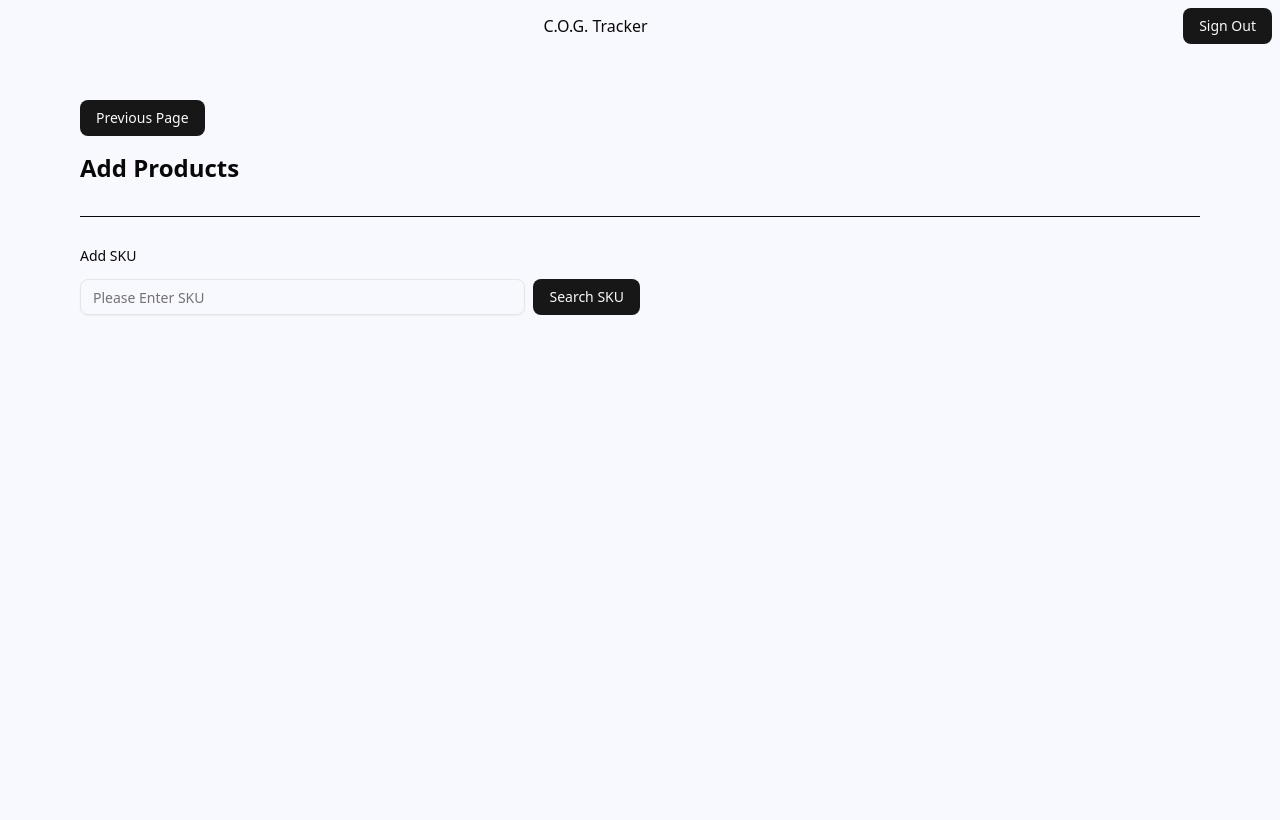
Repository: Renzo-Salosagcol/cog_tracker
Page: /dashboard/add-tracker/add-products
An editor plug-in stored every save of this project. The page is shown before and after the next save, followed by the edit.
The browser window is 1280 px wide. The pictures show the whole page.
The page's requests for data from a server got no answer. The project was rebuilt for these pictures with package versions that can differ from the ones it lists, and the page was loaded fresh each time. The framework's server and built-in components were replaced by stand-ins that run in the browser. No one was signed in, and anything a server would have sent is missing. Also part of the build but not shown: next.config.ts.

Above is the page before, as saved 2026-01-14 20:56:43.

### app/layout.tsx
import type { Metadata } from "next";
import { Geist, Geist_Mono } from "next/font/google";
import "./globals.css";

const geistSans = Geist({
  variable: "--font-geist-sans",
  subsets: ["latin"],
});

const geistMono = Geist_Mono({
  variable: "--font-geist-mono",
  subsets: ["latin"],
});

export const metadata: Metadata = {
  title: "COG Tracker",
  description: "COG tracker created to track client owned goods in a centralized and easily accessible way",
};

export default function RootLayout({
  children,
}: Readonly<{
  children: React.ReactNode;
}>) {
  return (
    <html lang="en">
      <body
        className={`${geistSans.variable} ${geistMono.variable} antialiased`}
      >
        {children}
      </body>
    </html>
  );
}

### app/dashboard/add-tracker/add-products/page.tsx
"use client";

import { Navbar } from "@/components/navbar";
import { Button } from "@/components/ui/button";
import { Label } from "@/components/ui/label";
import { Input } from "@/components/ui/input";
import { Separator } from "@/components/ui/separator";

import { useRouter } from "next/navigation";

export default function AddProductsPage() {
  const router = useRouter();

  const moveToPreviousPage = () => {
    router.push(`/dashboard/add-tracker`);
  }

  return (
    <div className="root-page-element bg-background items-center justify-center p-10">
      <Navbar />
      <div className="w-full min-h-screen h-full flex flex-col gap-4 p-10 mt-5">
        <div className="items-start">
          <Button onClick={moveToPreviousPage}>Previous Page</Button>
        </div>
        <h1 className="font-bold text-2xl">
          Add Products
        </h1>
        <Separator className="my-4" />
        <div className="flex flex-col gap-4">
          <Label htmlFor="add-sku">Add SKU</Label>
          <div className="flex gap-2 w-1/2">
            <Input id="add-sku" placeholder="Please Enter SKU"/>
            <Button>Search SKU</Button>
          </div>
        </div>
      </div>
    </div>
  );
}

### app/globals.css
@import "tailwindcss";
@import "tw-animate-css";

@custom-variant dark (&:is(.dark *));

@theme inline {
  --radius-sm: calc(var(--radius) - 4px);
  --radius-md: calc(var(--radius) - 2px);
  --radius-lg: var(--radius);
  --radius-xl: calc(var(--radius) + 4px);
  --radius-2xl: calc(var(--radius) + 8px);
  --radius-3xl: calc(var(--radius) + 12px);
  --radius-4xl: calc(var(--radius) + 16px);
  --color-background: var(--background);
  --color-foreground: var(--foreground);
  --color-card: var(--card);
  --color-card-foreground: var(--card-foreground);
  --color-popover: var(--popover);
  --color-popover-foreground: var(--popover-foreground);
  --color-primary: var(--primary);
  --color-primary-foreground: var(--primary-foreground);
  --color-secondary: var(--secondary);
  --color-secondary-foreground: var(--secondary-foreground);
  --color-muted: var(--muted);
  --color-muted-foreground: var(--muted-foreground);
  --color-accent: var(--accent);
  --color-accent-foreground: var(--accent-foreground);
  --color-destructive: var(--destructive);
  --color-border: var(--border);
  --color-input: var(--input);
  --color-ring: var(--ring);
  --color-chart-1: var(--chart-1);
  --color-chart-2: var(--chart-2);
  --color-chart-3: var(--chart-3);
  --color-chart-4: var(--chart-4);
  --color-chart-5: var(--chart-5);
  --color-sidebar: var(--sidebar);
  --color-sidebar-foreground: var(--sidebar-foreground);
  --color-sidebar-primary: var(--sidebar-primary);
  --color-sidebar-primary-foreground: var(--sidebar-primary-foreground);
  --color-sidebar-accent: var(--sidebar-accent);
  --color-sidebar-accent-foreground: var(--sidebar-accent-foreground);
  --color-sidebar-border: var(--sidebar-border);
  --color-sidebar-ring: var(--sidebar-ring);
  --color-facebook: var(--facebook-blue);
}

:root {
  --radius: 0.625rem;
  --background: #f8f8ff; /* Ghost White */
  --foreground: #080808; /* Vampire Black */
  --card: oklch(1 0 0);
  --card-foreground: oklch(0.145 0 0);
  --popover: oklch(1 0 0);
  --popover-foreground: oklch(0.145 0 0);
  --primary: oklch(0.205 0 0);
  --primary-foreground: oklch(0.985 0 0);
  --secondary: oklch(0.97 0 0);
  --secondary-foreground: oklch(0.205 0 0);
  --muted: oklch(0.97 0 0);
  --muted-foreground: oklch(0.556 0 0);
  --accent: oklch(0.97 0 0);
  --accent-foreground: oklch(0.205 0 0);
  --destructive: oklch(0.577 0.245 27.325);
  --border: oklch(0.922 0 0);
  --input: oklch(0.922 0 0);
  --ring: oklch(0.708 0 0);
  --chart-1: oklch(0.646 0.222 41.116);
  --chart-2: oklch(0.6 0.118 184.704);
  --chart-3: oklch(0.398 0.07 227.392);
  --chart-4: oklch(0.828 0.189 84.429);
  --chart-5: oklch(0.769 0.188 70.08);
  --sidebar: oklch(0.985 0 0);
  --sidebar-foreground: oklch(0.145 0 0);
  --sidebar-primary: oklch(0.205 0 0);
  --sidebar-primary-foreground: oklch(0.985 0 0);
  --sidebar-accent: oklch(0.97 0 0);
  --sidebar-accent-foreground: oklch(0.205 0 0);
  --sidebar-border: oklch(0.922 0 0);
  --sidebar-ring: oklch(0.708 0 0);
  --facebook-blue: #0165E1;
}

.dark {
  --background: #080808; /* Vampire Black */
  --foreground: #f8f8ff; /* Ghost White */
  --card: oklch(0.205 0 0);
  --card-foreground: oklch(0.985 0 0);
  --popover: oklch(0.205 0 0);
  --popover-foreground: oklch(0.985 0 0);
  --primary: oklch(0.922 0 0);
  --primary-foreground: oklch(0.205 0 0);
  --secondary: oklch(0.269 0 0);
  --secondary-foreground: oklch(0.985 0 0);
  --muted: oklch(0.269 0 0);
  --muted-foreground: oklch(0.708 0 0);
  --accent: oklch(0.269 0 0);
  --accent-foreground: oklch(0.985 0 0);
  --destructive: oklch(0.704 0.191 22.216);
  --border: oklch(1 0 0 / 10%);
  --input: oklch(1 0 0 / 15%);
  --ring: oklch(0.556 0 0);
  --chart-1: oklch(0.488 0.243 264.376);
  --chart-2: oklch(0.696 0.17 162.48);
  --chart-3: oklch(0.769 0.188 70.08);
  --chart-4: oklch(0.627 0.265 303.9);
  --chart-5: oklch(0.645 0.246 16.439);
  --sidebar: oklch(0.205 0 0);
  --sidebar-foreground: oklch(0.985 0 0);
  --sidebar-primary: oklch(0.488 0.243 264.376);
  --sidebar-primary-foreground: oklch(0.985 0 0);
  --sidebar-accent: oklch(0.269 0 0);
  --sidebar-accent-foreground: oklch(0.985 0 0);
  --sidebar-border: oklch(1 0 0 / 10%);
  --sidebar-ring: oklch(0.556 0 0);
  --facebook-blue: #0165E1;
}

@layer base {
  * {
    @apply border-border outline-ring/50;
  }
  body {
    @apply bg-background text-foreground;
  }
}

@utility root-page-element {
  @apply min-h-screen flex flex-col items-center justify-center top-0 left-0 w-full;
}

@utility glassmorphism {
  @apply bg-background/70 backdrop-blur-lg
}

### components/navbar.tsx
import { supabase } from "@/lib/supabase"
import { Button } from "./ui/button"
import { getUserInformation } from "@/lib/supabase"
import { useRouter } from "next/navigation";
import { useState, useEffect } from "react";

export const Navbar = () => {
  const router = useRouter();
  const [user, setUser] = useState(null);

  useEffect(() => {
    const getUser = async () => {
      const supabaseUser = await getUserInformation();
      setUser(supabaseUser);
    };
    getUser();
  }, []);

  async function signOut() {
    let { error } = await supabase.auth.signOut()
  }

  useEffect(() => {
    const { data: { subscription } } = supabase.auth.onAuthStateChange((event, session) => {
      if (event == "SIGNED_OUT") {
          router.push("/");
      }
    });
    return () => subscription?.unsubscribe();
  }, [router]);

  return (
    <nav className="top-0 left-0 w-full glassmorphism fixed">
      <div className="flex flex-row items-center justify-between p-2">
        <div className="items-left">{user?.email}</div>
        <h1>C.O.G. Tracker</h1>
        <Button onClick={signOut}>Sign Out</Button>
      </div>
    </nav>
  )
}

### components/ui/button.tsx
import * as React from "react"
import { Slot } from "@radix-ui/react-slot"
import { cva, type VariantProps } from "class-variance-authority"

import { cn } from "@/lib/utils"

const buttonVariants = cva(
  "inline-flex items-center justify-center gap-2 whitespace-nowrap rounded-md text-sm font-medium transition-all disabled:pointer-events-none disabled:opacity-50 [&_svg]:pointer-events-none [&_svg:not([class*='size-'])]:size-4 shrink-0 [&_svg]:shrink-0 outline-none focus-visible:border-ring focus-visible:ring-ring/50 focus-visible:ring-[3px] aria-invalid:ring-destructive/20 dark:aria-invalid:ring-destructive/40 aria-invalid:border-destructive cursor-pointer",
  {
    variants: {
      variant: {
        default: "bg-primary text-primary-foreground hover:bg-primary/90",
        destructive:
          "bg-destructive text-white hover:bg-destructive/90 focus-visible:ring-destructive/20 dark:focus-visible:ring-destructive/40 dark:bg-destructive/60",
        outline:
          "border bg-background shadow-xs hover:bg-accent hover:text-accent-foreground dark:bg-input/30 dark:border-input dark:hover:bg-input/50",
        secondary:
          "bg-secondary text-secondary-foreground hover:bg-secondary/80",
        ghost:
          "hover:bg-accent hover:text-accent-foreground dark:hover:bg-accent/50",
        link: "text-primary underline-offset-4 hover:underline",
        facebook: "bg-facebook text-white hover:bg-facebook/90",
      },
      size: {
        default: "h-9 px-4 py-2 has-[>svg]:px-3",
        sm: "h-8 rounded-md gap-1.5 px-3 has-[>svg]:px-2.5",
        lg: "h-10 rounded-md px-6 has-[>svg]:px-4",
        icon: "size-9",
        "icon-sm": "size-8",
        "icon-lg": "size-10",
      },
    },
    defaultVariants: {
      variant: "default",
      size: "default",
    },
  }
)

function Button({
  className,
  variant = "default",
  size = "default",
  asChild = false,
  ...props
}: React.ComponentProps<"button"> &
  VariantProps<typeof buttonVariants> & {
    asChild?: boolean
  }) {
  const Comp = asChild ? Slot : "button"

  return (
    <Comp
      data-slot="button"
      data-variant={variant}
      data-size={size}
      className={cn(buttonVariants({ variant, size, className }))}
      {...props}
    />
  )
}

export { Button, buttonVariants }

### components/ui/input.tsx
import * as React from "react"

import { cn } from "@/lib/utils"

function Input({ className, type, ...props }: React.ComponentProps<"input">) {
  return (
    <input
      type={type}
      data-slot="input"
      className={cn(
        "file:text-foreground placeholder:text-muted-foreground selection:bg-primary selection:text-primary-foreground dark:bg-input/30 border-input h-9 w-full min-w-0 rounded-md border bg-transparent px-3 py-1 text-base shadow-xs transition-[color,box-shadow] outline-none file:inline-flex file:h-7 file:border-0 file:bg-transparent file:text-sm file:font-medium disabled:pointer-events-none disabled:cursor-not-allowed disabled:opacity-50 md:text-sm",
        "focus-visible:border-ring focus-visible:ring-ring/50 focus-visible:ring-[3px]",
        "aria-invalid:ring-destructive/20 dark:aria-invalid:ring-destructive/40 aria-invalid:border-destructive",
        className
      )}
      {...props}
    />
  )
}

export { Input }

### components/ui/separator.tsx
"use client"

import * as React from "react"
import * as SeparatorPrimitive from "@radix-ui/react-separator"

import { cn } from "@/lib/utils"

function Separator({
  className,
  orientation = "horizontal",
  decorative = true,
  ...props
}: React.ComponentProps<typeof SeparatorPrimitive.Root>) {
  return (
    <SeparatorPrimitive.Root
      data-slot="separator"
      decorative={decorative}
      orientation={orientation}
      className={cn(
        "bg-foreground shrink-0 data-[orientation=horizontal]:h-px data-[orientation=horizontal]:w-full data-[orientation=vertical]:h-full data-[orientation=vertical]:w-px",
        className
      )}
      {...props}
    />
  )
}

export { Separator }

### lib/supabase.ts
import { createClient } from '@supabase/supabase-js';

const supabaseUrl = process.env.NEXT_PUBLIC_SUPABASE_URL;
const supabaseAnonKey = process.env.NEXT_PUBLIC_SUPABASE_ANON_KEY;

export const supabase = createClient(supabaseUrl, supabaseAnonKey);

export async function getUserInformation() {
  const { data: { user } } = await supabase.auth.getUser()

  return user;
}

Loaded but not shown: components/ui/label.tsx (common file); lib/utils.ts (common file)

After the next save:
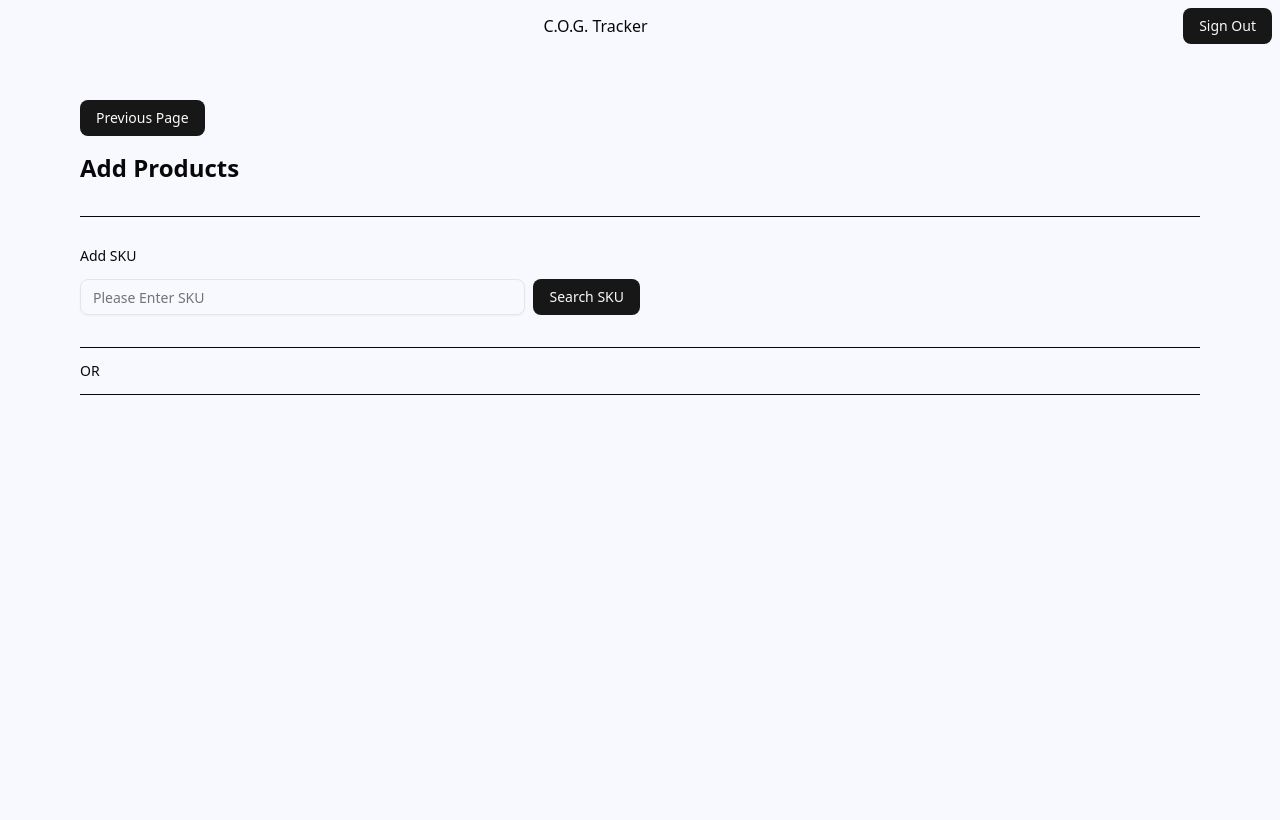
Saved 57 s later.
--- a/app/dashboard/add-tracker/add-products/page.tsx
+++ b/app/dashboard/add-tracker/add-products/page.tsx
@@ -33,6 +33,11 @@ export default function AddProductsPage() {
             <Button>Search SKU</Button>
           </div>
         </div>
+        <div>
+          <Separator className="my-4" />
+          <Label>OR</Label>
+          <Separator className="my-4" />
+        </div>
       </div>
     </div>
   );
